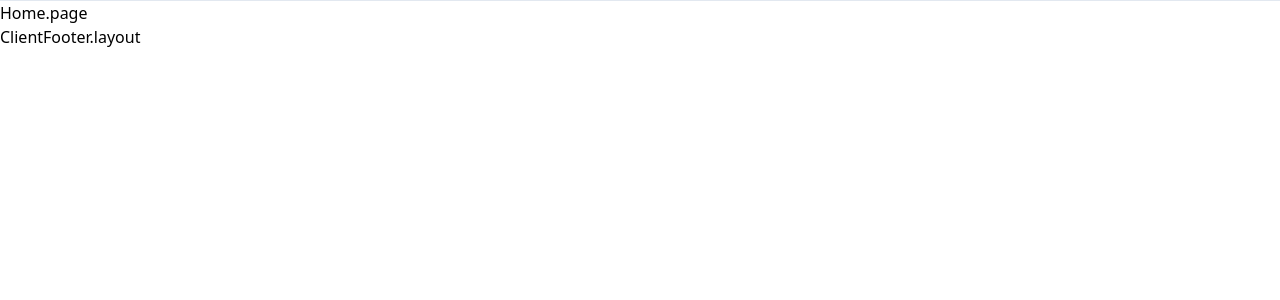
Repository: Quang1708/Gr3_Franchise_ChoiCoffee
Page: /
The author's editor kept a copy of each file at every save. The page is drawn from the files as they stood at one save, then again after a run of saves.
The browser window is 1280 px wide. The pictures show the whole page.
The project was rebuilt for these pictures with package versions that can differ from the ones it lists, and the page was loaded fresh each time. Also part of the build but not shown: vite.config.ts.

Above is the page before, as saved 2026-01-30 15:02:39.

After the next 2 saves:
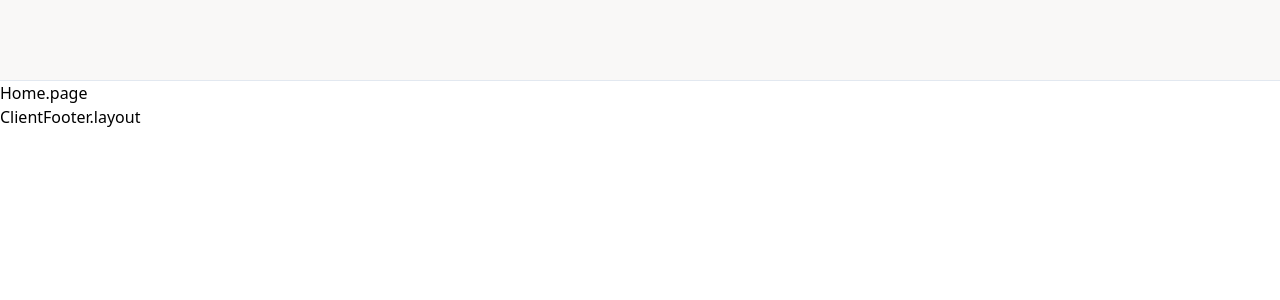
The 2 saves are shown as one change because they came seconds apart.
The last was saved 7 s later.
--- a/src/layouts/client/ClientHeader.layout.tsx
+++ b/src/layouts/client/ClientHeader.layout.tsx
@@ -2,7 +2,7 @@
 const ClientHeader = () => {
   return (
     <header className = "sticky top-0 w-full z-50 bg-background-light/80 dark:bg-background-dark/80 backdrop-blur-md border-b border-slate-200 dark:border-white/10">
-        <div className = "">
+        <div className = "max-w-7xl mx-auto px-6 h-20 flex items-center justify-between">
 
         </div>
     </header>
